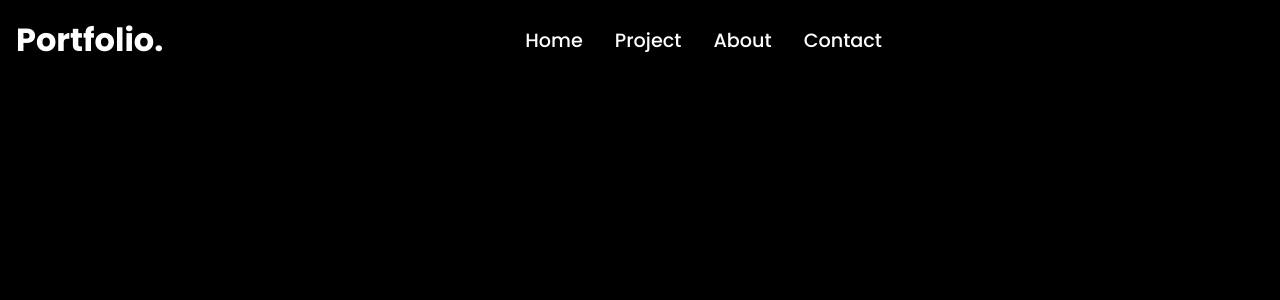
Repository: parisha-b3/My_Portfolio
Page: /
An editor plug-in stored every save of this project. The page is shown before and after the next save, followed by the edit.
The browser window is 1280 px wide. The pictures show the whole page.
The project was rebuilt for these pictures with package versions that can differ from the ones it lists, and the page was loaded fresh each time. Also part of the build but not shown: src/routes/About.js, src/routes/Project.js, src/routes/Contact.js.

Above is the page before, as saved 2024-10-14 12:14:00.

After the next save:
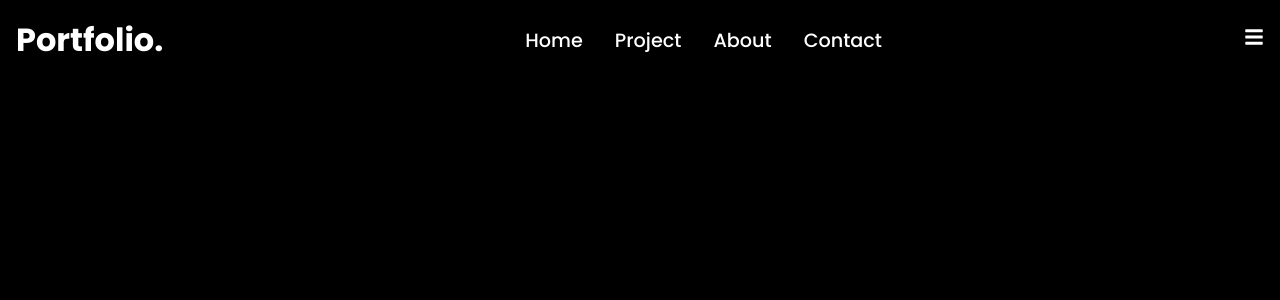
Saved 13 s later.
--- a/src/components/Navbar.js
+++ b/src/components/Navbar.js
@@ -18,7 +18,7 @@ const Navbar = () => {
             <li><Link to="/contact">Contact</Link></li>
         </ul>
         <div className="hamburger">
-            <FaBars size={20} style={{color: ""}} />
+            <FaBars size={20} style={{color: "#fff"}} />
         </div>
 
     </div>
